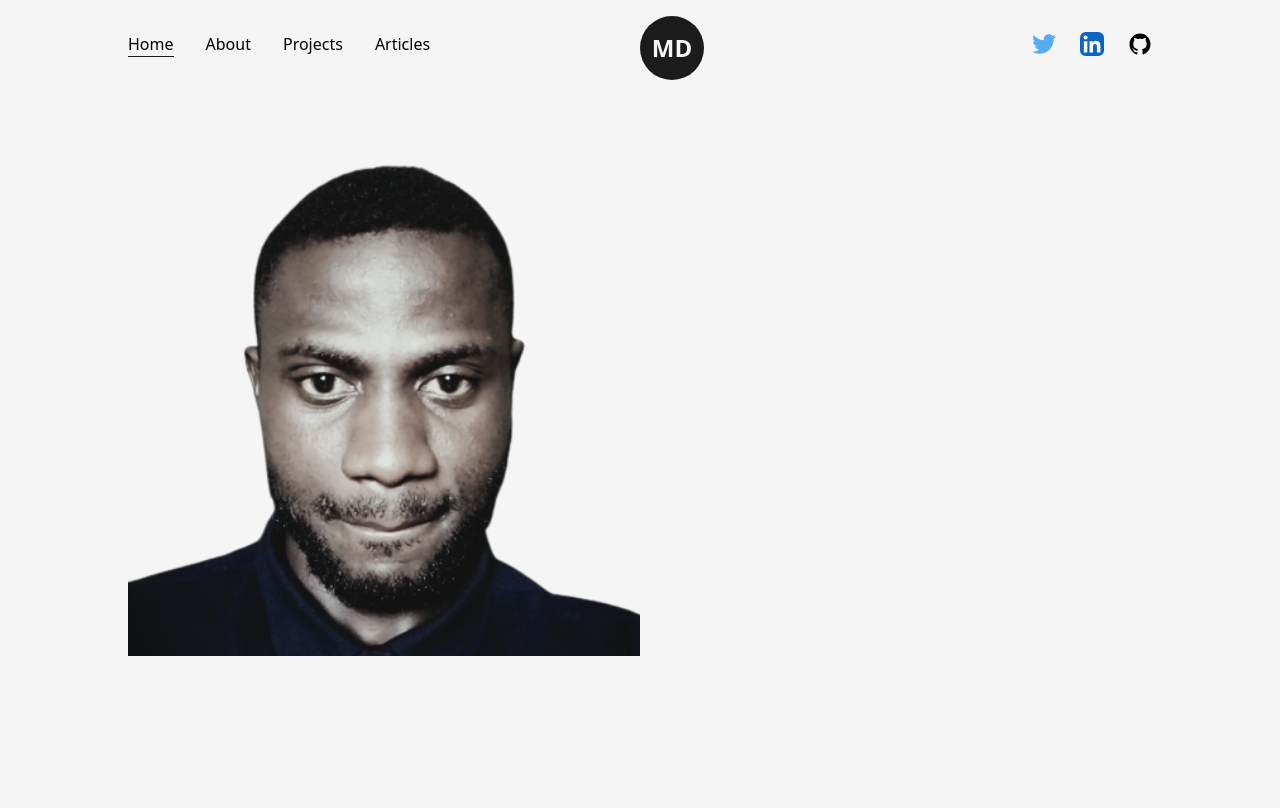
Repository: marcusdashe/situs
Page: /
These files come from the project's save history. The page is drawn as it stood at one moment and after the next save; the edit follows.
The browser window is 1280 px wide. The pictures show the whole page.
The project was rebuilt for these pictures with package versions that can differ from the ones it lists, and the page was loaded fresh each time. The framework's server and built-in components were replaced by stand-ins that run in the browser.

Above is the page before, as saved 2023-06-15 17:22:27.

After the next save:
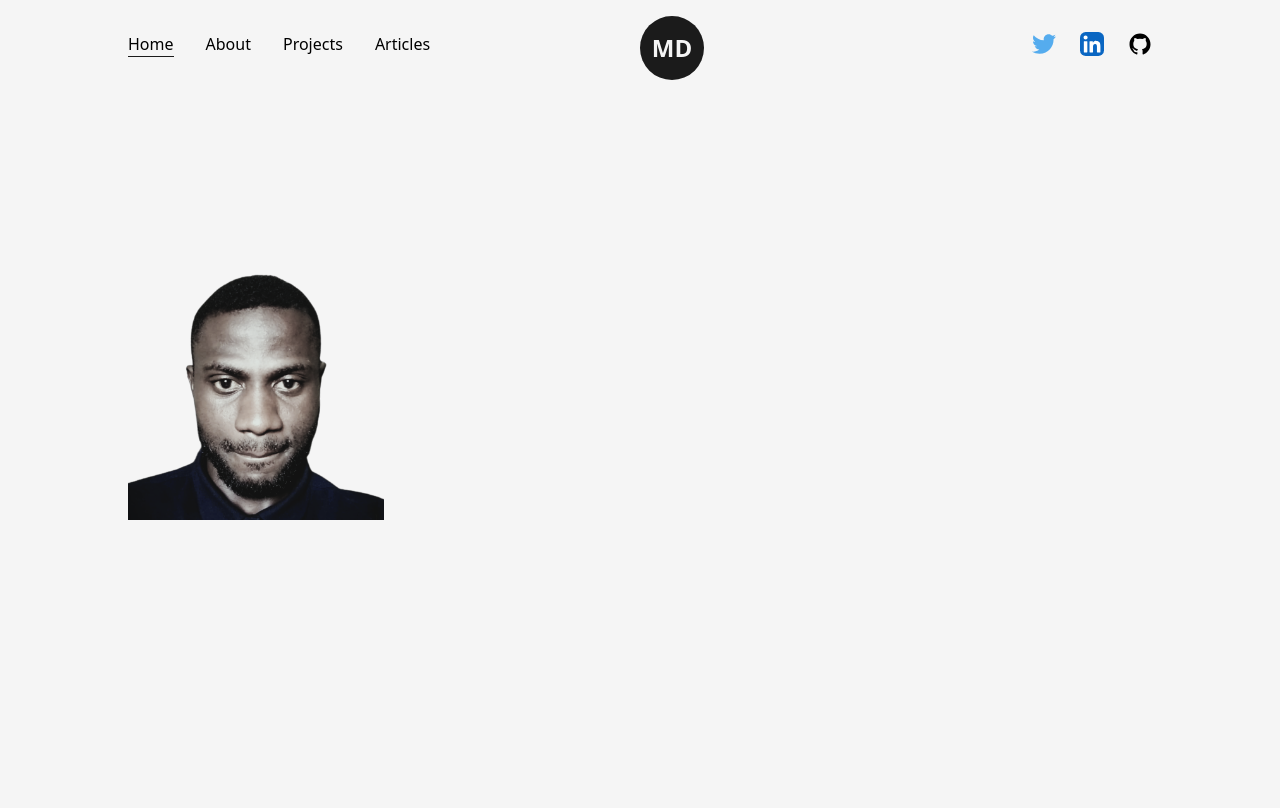
Saved 7 s later.
--- a/src/pages/index.js
+++ b/src/pages/index.js
@@ -16,7 +16,7 @@ export default function Home() {
       <main className="flex items-center text-dark w-full min-h-screen">
         <Layout className="pt-0">
           <div className=" w-full flex items-center justify-between">
-            <div className="w-1/2">
+            <div className="w-1/4">
               <Image
                 src={profilePic}
                 alt="Marcus Dashe"
